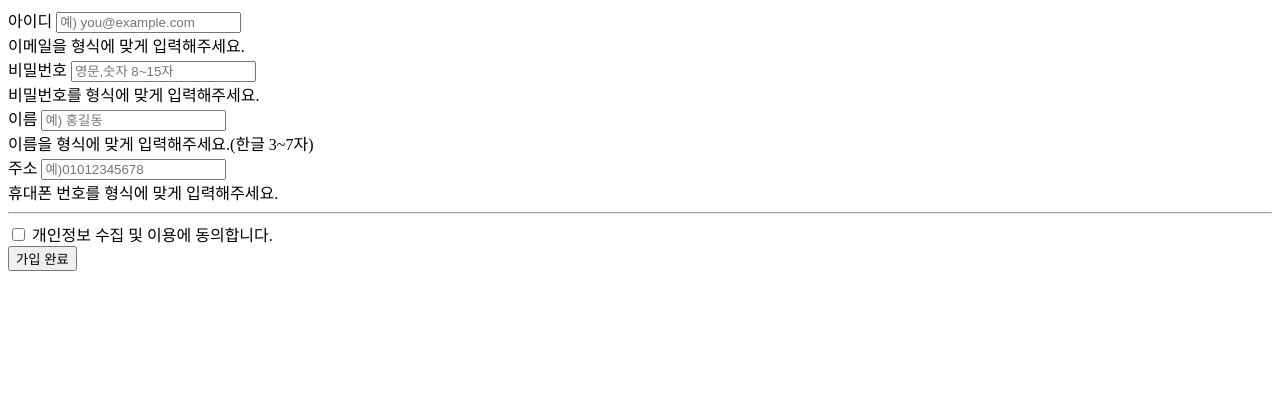
Repository: PacJ/spring_project
Page: http://localhost/spring_project/WEB-INF/views/user/signup.jsp
These files come from the project's save history. The page is drawn as it stood at one moment and after the next save; the edit follows.
The browser window is 1280 px wide. The pictures show the whole page.
The page is served by Tomcat 9. Nobody is signed in. Other server files are loaded and not shown. The template is opened directly, without the code that normally fills it, so the values that code supplies are empty.

Above is the page before, as saved 2023-02-28 04:05:56.

### spring_project/src/main/webapp/WEB-INF/views/user/signup.jsp
<%@ page language="java" contentType="text/html; charset=UTF-8"
    pageEncoding="UTF-8"%>


 <div class="container">
     <div class="input-form-backgroud row">
      <div class="input-form col-md-12 mx-auto">
        <form class="validation-form" method="post" action="signup.do" novalidate >

           <div class="row">
	         <div class="mb-3">
	            <label for="userId">아이디</label>
	            <input type="text" class="form-control" name="userId"
	            		pattern="[A-Za-z0-9_]+[A-Za-z0-9]*[@]{1}[A-Za-z0-9]+[A-Za-z0-9]*[.]{1}[A-Za-z]{1,3}"
	            		placeholder="예) you@example.com" required>
	            <div class="invalid-feedback">
	              이메일을 형식에 맞게 입력해주세요.
	            </div>
	          </div>

	          <div class="mb-3">
	            <label for="pass">비밀번호</label>
	            <input type="password"  class="form-control" name="userPass"
	            pattern="[a-zA-Z0-9]{8,15}"  placeholder="영문,숫자 8~15자" required>
	            <div class="invalid-feedback">
	              비밀번호를 형식에 맞게 입력해주세요.
	            </div>
	          </div>

	          <!--           <div class="mb-3">
	            <label for="passChk">비밀번호 재입력</label>
	            <input type="text"  class="form-control" name="member_passChk"
	            pattern="[a-zA-Z0-9]{8,15}" placeholder="영문,숫자 8~15자" required>
	           <div class="invalid-feedback">
	              비밀번호가 일치하지 않습니다.
	            </div>
	          </div>  -->

	           <div class="mb-3">
	              <label for="name">이름</label>
	              <input type="text" class="form-control" name="userName"
	              pattern="[가-힣]{3,7}" placeholder="예) 홍길동 " required>
	              <div class="invalid-feedback">
	                이름을 형식에 맞게 입력해주세요.(한글 3~7자)
	              </div>
	            </div>



	          <div class="mb-3">
	            <label for="address">주소</label>
	            <input type="text" class="form-control" name="userAdress"  pattern="^010[0-9]{8}$" placeholder="예)01012345678" required>
	            <div class="invalid-feedback">
	              휴대폰 번호를 형식에 맞게 입력해주세요.
	            </div>
	          </div>


	          <hr class="mb-4">
	          <div class="custom-control custom-checkbox">
	            <input type="checkbox" class="custom-control-input" id="aggrement" required>
	            <label class="custom-control-label" for="aggrement">개인정보 수집 및 이용에 동의합니다.</label>
	          </div>
	          <div class="mb-4">
	          <input type="hidden" name="memberType" value="1" />
	           <button class="btn btn-dark btn-lg btn-block" type="submit">가입 완료</button>
	           </div>
	        </div>

	      </form>
	      </div>
    </div>
</div>

  <script >
      const forms = document.getElementsByClassName('validation-form');

      Array.prototype.filter.call(forms, (form) => {
        form.addEventListener('submit', function (event) {
          if (form.checkValidity() === false) {
            event.preventDefault();
            event.stopPropagation();
          }

          form.classList.add('was-validated');
        }, false);
      });

  </script>

After the next save:
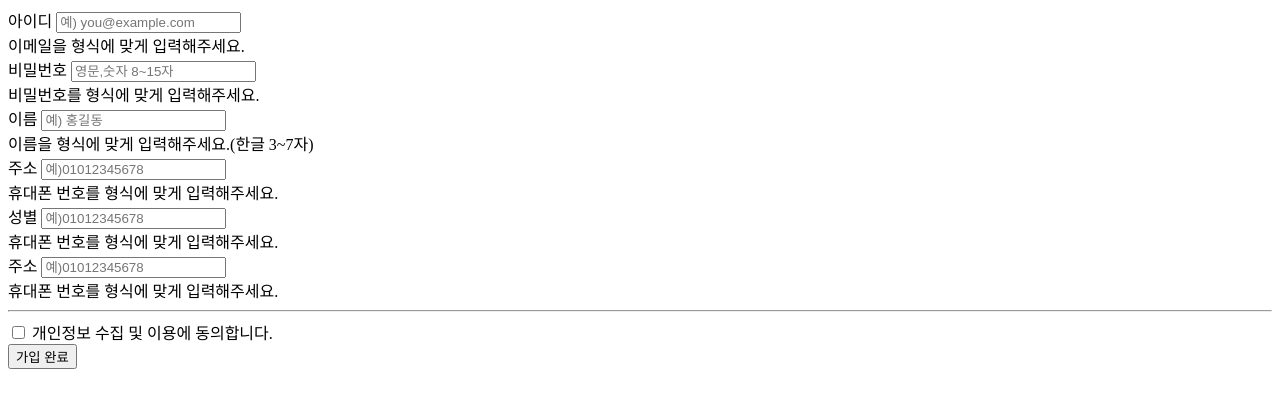
Saved 30 s later.
--- a/spring_project/src/main/webapp/WEB-INF/views/user/signup.jsp
+++ b/spring_project/src/main/webapp/WEB-INF/views/user/signup.jsp
@@ -55,6 +55,22 @@
 	            </div>
 	          </div>
 
+	          <div class="mb-3">
+	            <label for="gender">성별</label>
+	            <input type="text" class="form-control" name="userAdress"  pattern="^010[0-9]{8}$" placeholder="예)01012345678" required>
+	            <div class="invalid-feedback">
+	              휴대폰 번호를 형식에 맞게 입력해주세요.
+	            </div>
+	          </div>
+
+	          <div class="mb-3">
+	            <label for="address">주소</label>
+	            <input type="text" class="form-control" name="userAdress"  pattern="^010[0-9]{8}$" placeholder="예)01012345678" required>
+	            <div class="invalid-feedback">
+	              휴대폰 번호를 형식에 맞게 입력해주세요.
+	            </div>
+	          </div>
+
 
 	          <hr class="mb-4">
 	          <div class="custom-control custom-checkbox">
